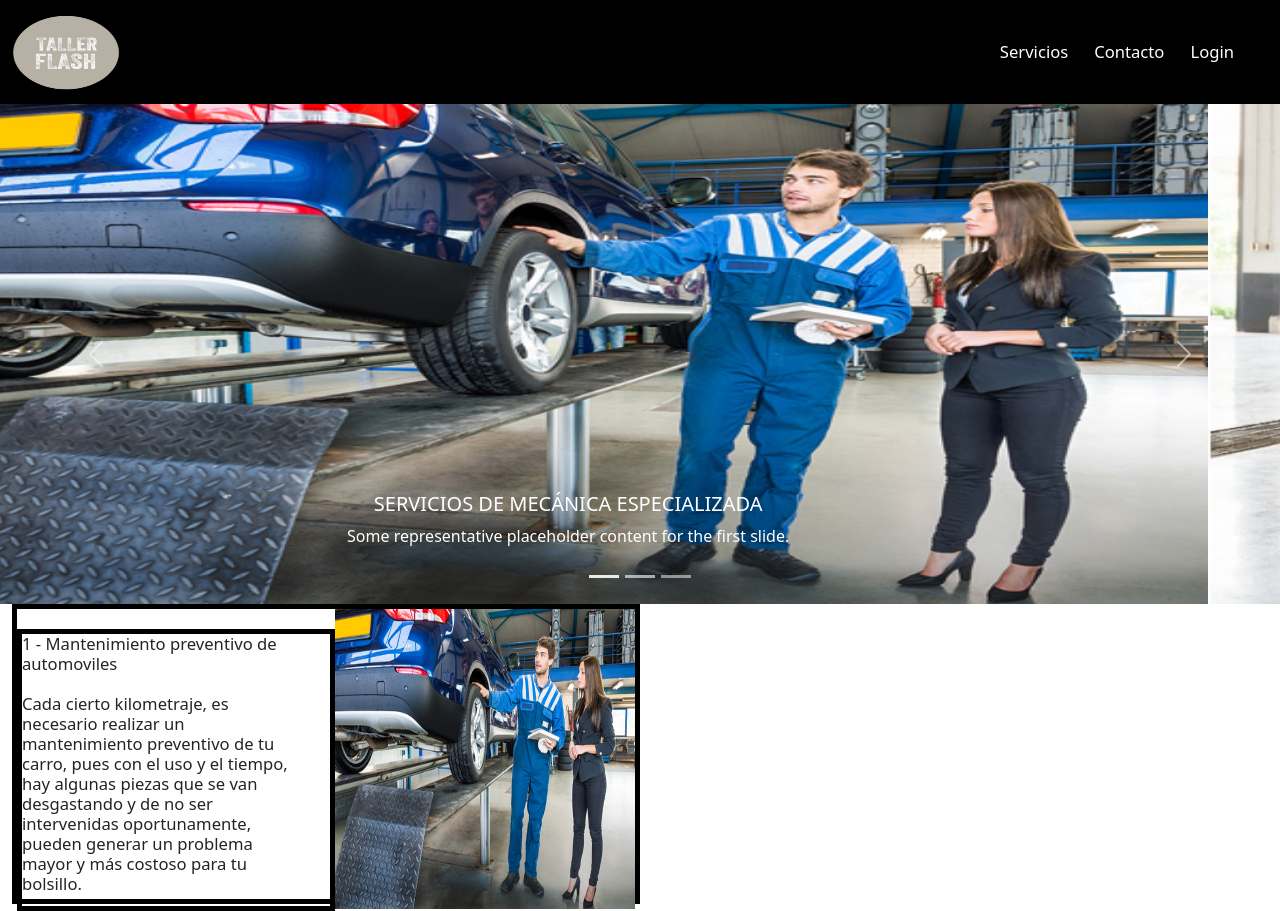
Repository: nder1996/Boostrap.Taller.Arquitectura
Page: Index.html
These files come from the project's save history. The page is drawn as it stood at one moment and after the next save; the edit follows.
The browser window is 1280 px wide. The pictures show the whole page.

Above is the page before, as saved 2021-07-23 06:34:33.

### Index.html
<!DOCTYPE html>
<html lang="en">

<head>
	<meta charset="UTF-8">
	<meta name="viewport" content="width=device-width, initial-scale=1.0">
	<link rel="shortcut icon" href="img/Logo.png">
	<link href="https://cdn.jsdelivr.net/npm/bootstrap@5.0.2/dist/css/bootstrap.min.css" rel="stylesheet"
		integrity="sha384-EVSTQN3/azprG1Anm3QDgpJLIm9Nao0Yz1ztcQTwFspd3yD65VohhpuuCOmLASjC" crossorigin="anonymous">
	<link rel="stylesheet" href="https://cdnjs.cloudflare.com/ajax/libs/font-awesome/5.15.3/css/all.min.css"
		integrity="sha512-iBBXm8fW90+nuLcSKlbmrPcLa0OT92xO1BIsZ+ywDWZCvqsWgccV3gFoRBv0z+8dLJgyAHIhR35VZc2oM/gI1w=="
		crossorigin="anonymous" referrerpolicy="no-referrer" />
	<link rel="stylesheet" href="css/style.css">
	<title>Taller Automotriz</title>
</head>

<body>

	<nav class="navbar navbar-expand-lg navbar-light">
		<div class="container-fluid">
			<a class="navbar-brand" href="#"><img src="img/Logo.png" alt="" style='width: 110px; height: 78px;'></a>
			<button class="navbar-toggler" type="button" data-bs-toggle="collapse" data-bs-target="#navbarNav"
				aria-controls="navbarNav" aria-expanded="false" aria-label="Toggle navigation">
				<span class="navbar-toggler-icon"></span>
			</button>
			<div class="collapse navbar-collapse" id="navbarNav">
				<ul class="navbar-nav ms-auto">
					<li class="nav-item">
						<a class="nav-link active" aria-current="page" href="#">Servicios</a>
					</li>
					<li class="nav-item">
						<a class="nav-link" href="#">Contacto</a>
					</li>
					<li class="nav-item">
						<a class="nav-link" href="#">Login</a>
					</li>
				</ul>
			</div>
		</div>
	</nav>
	<div id="carouselExampleCaptions" class="carousel slide" data-bs-ride="carousel">
		<div class="carousel-indicators">
			<button type="button" data-bs-target="#carouselExampleCaptions" data-bs-slide-to="0" class="active"
				aria-current="true" aria-label="Slide 1"></button>
			<button type="button" data-bs-target="#carouselExampleCaptions" data-bs-slide-to="1"
				aria-label="Slide 2"></button>
			<button type="button" data-bs-target="#carouselExampleCaptions" data-bs-slide-to="2"
				aria-label="Slide 3"></button>
		</div>
		<div class="carousel-inner">
			<div class="carousel-item active">
				<img src="img/Mantenimiento_1.jpg" class="d-block w-100" alt="...">
				<div class="carousel-caption d-none d-md-block">
					<h5>SERVICIOS DE MECÁNICA
						ESPECIALIZADA</h5>
					<p>Some representative placeholder content for the first slide.</p>
				</div>
			</div>
			<div class="carousel-item">
				<img src="img/Mantenimiento_3.png" class="d-block w-100" alt="...">
				<div class="carousel-caption d-none d-md-block">
					<h5>SERVICIOS DE MECÁNICA
						ESPECIALIZADA</h5>
					<p>Some representative placeholder content for the second slide.</p>
				</div>
			</div>
			<div class="carousel-item">
				<img src="img/Mantenimiento_2.png" class="d-block w-100" alt="...">
				<div class="carousel-caption d-none d-md-block">
					<h5>Third slide label</h5>
					<p>Some representative placeholder content for the third slide.</p>
				</div>
			</div>
		</div>
		<button class="carousel-control-prev" type="button" data-bs-target="#carouselExampleCaptions"
			data-bs-slide="prev">
			<span class="carousel-control-prev-icon" aria-hidden="true"></span>
			<span class="visually-hidden">Previous</span>
		</button>
		<button class="carousel-control-next" type="button" data-bs-target="#carouselExampleCaptions"
			data-bs-slide="next">
			<span class="carousel-control-next-icon" aria-hidden="true"></span>
			<span class="visually-hidden">Next</span>
		</button>
	</div>


	<div class="Servicios container-fluid">
		<div class="Servicio" id="Servicio_1">
			<br> <br>
				<h1>1 - Mantenimiento preventivo de automoviles <br> <br>
					<p>
						Cada cierto kilometraje, es necesario realizar un mantenimiento preventivo de tu carro, pues con
						el uso
						y el tiempo, hay algunas piezas que se van desgastando y de no ser intervenidas oportunamente,
						pueden
						generar un problema mayor y más costoso para tu bolsillo.
					</p>
				</h1>
				<br>
				<img src="img/Mantenimiento_1.jpg" alt="" width="300px" height="300px">



	<!--	<button>Más Información</button>
-->



		</div>


	</div>
	<!--
		<div><img src="img/Mantenimiento_2.png" alt="" width="300px" height="300px"></div>
		<div><img src="img/Mantenimiento_3.png" alt="" width="300px" height="300px"></div>
		<div><img src="img/Mantenimiento_4.png" alt="" width="300px" height="300px"></div>
		-->











	<script src="https://cdn.jsdelivr.net/npm/bootstrap@5.0.2/dist/js/bootstrap.bundle.min.js"
		integrity="sha384-MrcW6ZMFYlzcLA8Nl+NtUVF0sA7MsXsP1UyJoMp4YLEuNSfAP+JcXn/tWtIaxVXM" crossorigin="anonymous">
	</script>
	<script src="https://cdnjs.cloudflare.com/ajax/libs/jquery/3.6.0/jquery.min.js"
		integrity="sha512-894YE6QWD5I59HgZOGReFYm4dnWc1Qt5NtvYSaNcOP+u1T9qYdvdihz0PPSiiqn/+/3e7Jo4EaG7TubfWGUrMQ=="
		crossorigin="anonymous" referrerpolicy="no-referrer"></script>
</body>

</html>

### css/style.css
nav{
    background-color: black !important;
}

nav li{
    position:relative;
    margin-left: 10px;
    left:-10%;
}

nav li a{
    color:white !important;
    font-size: 1.3vw;
}

.carousel-inner{
    position:relative;
    width: 100%;
    height: 500px;
}

.carousel-item img{
    position:relative;
    width: 100%;
    height: 500px;
}

.Servicios{
    position:relative;

}

.Servicios .Servicio{
    display: flex;
    border:5px solid black;
    width: 50%;
    height: 300px;
}

.Servicios div h1{
    position:relative;
    border:5px solid black;
    text-align: left;
    font-size: 1.3vw;
    width: 60%;
    top:20px;
}

.Servicios div p{
    position:relative;
    width: 87%;
}

After the next save:
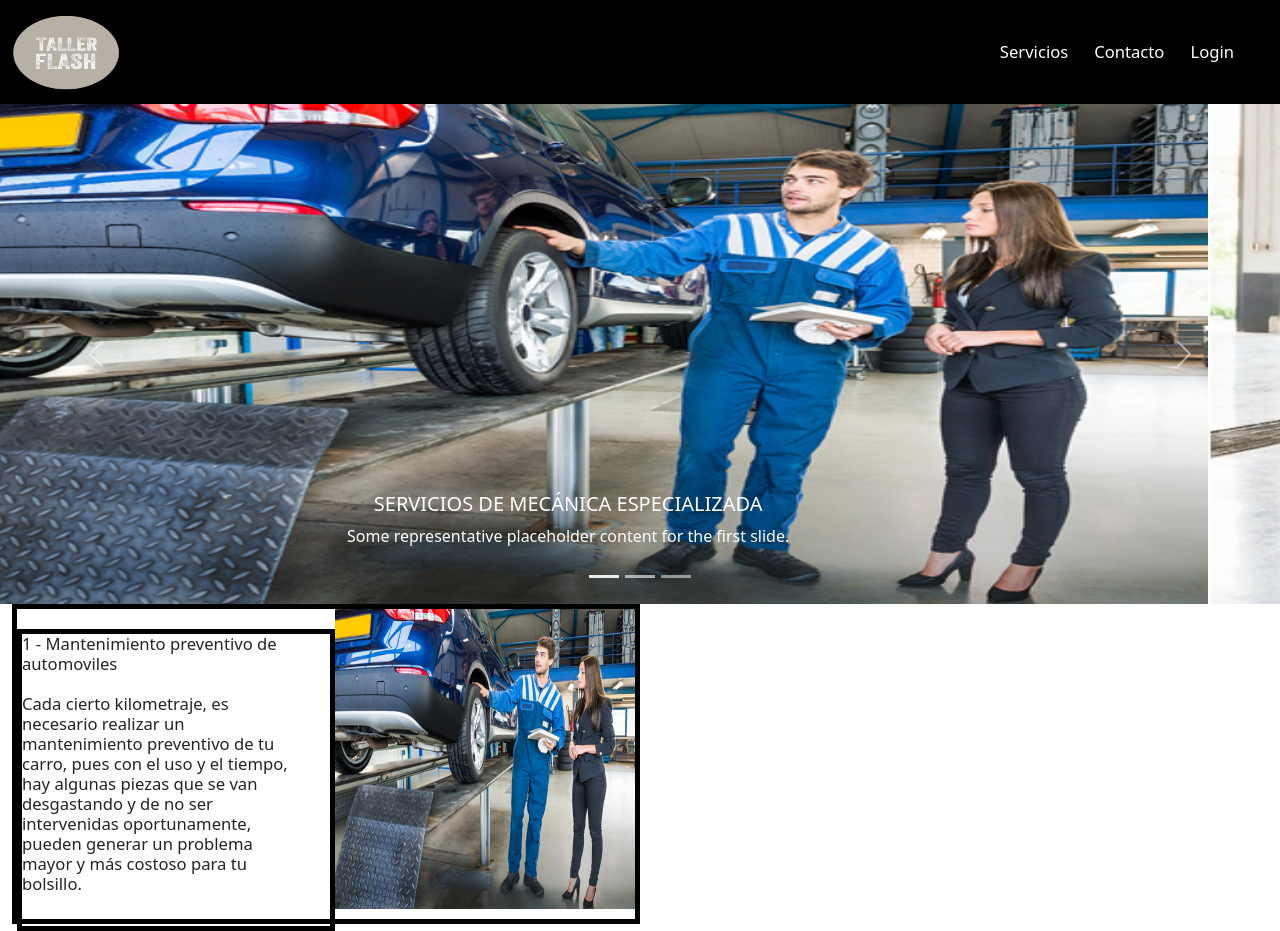
Saved 5 s later.
--- a/css/style.css
+++ b/css/style.css
@@ -34,7 +34,7 @@ nav li a{
     display: flex;
     border:5px solid black;
     width: 50%;
-    height: 300px;
+    height: 320px;
 }
 
 .Servicios div h1{
